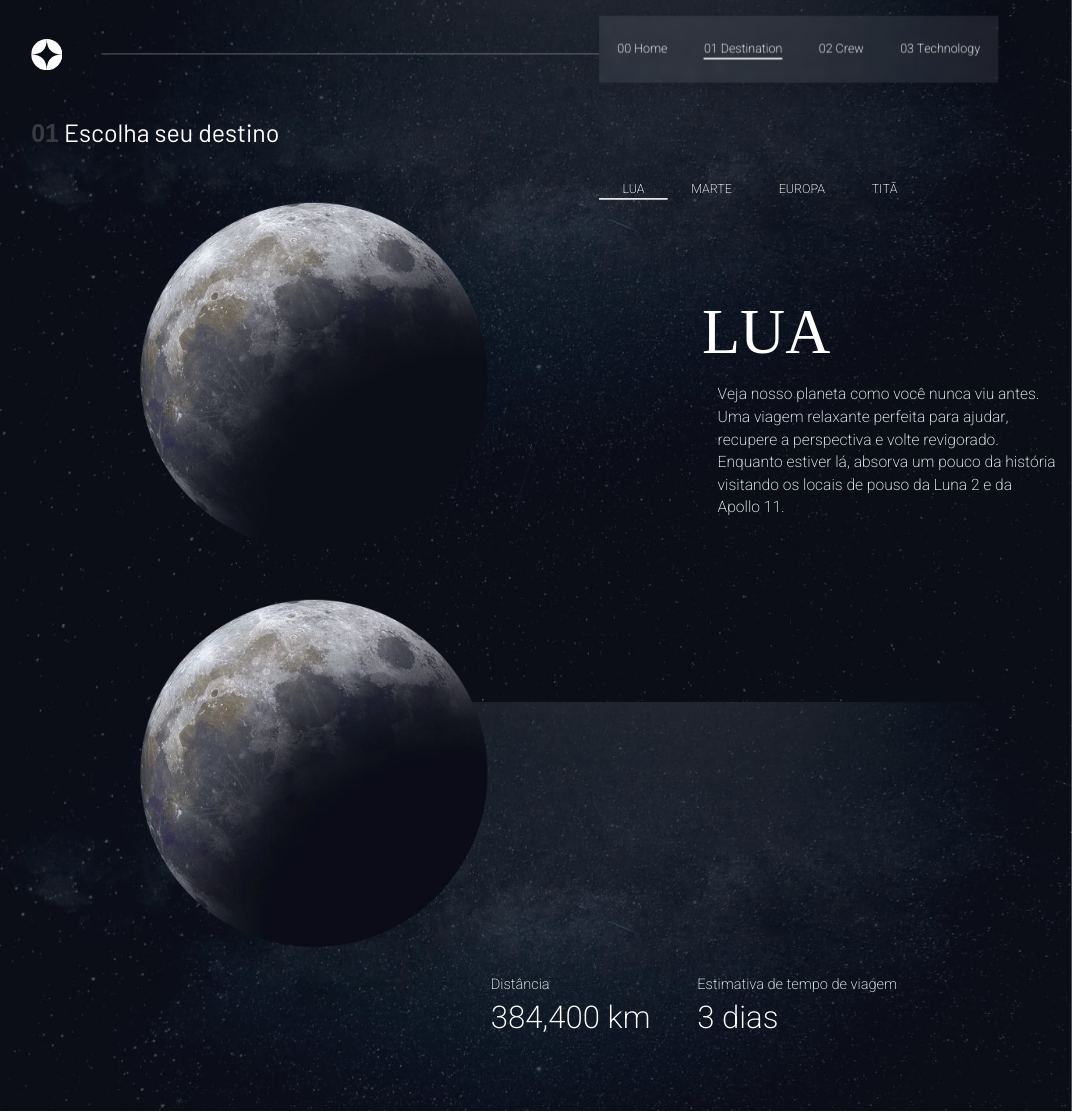
Repository: Leonngc/space-site
Page: space-tourism-website-main/space-tourism-website-main/starter-code/destination-moon.html
These files come from the project's save history. The page is drawn as it stood at one moment and after a run of saves; the edit follows.
The browser window is 1280 px wide. The page is 1374 px wide, so the pictures cover 1374 px, including what lies to the right of the window. The pictures show the whole page, at 78% of full size.

Above is the page before, as saved 2023-04-30 01:29:33.

After the next 5 saves:
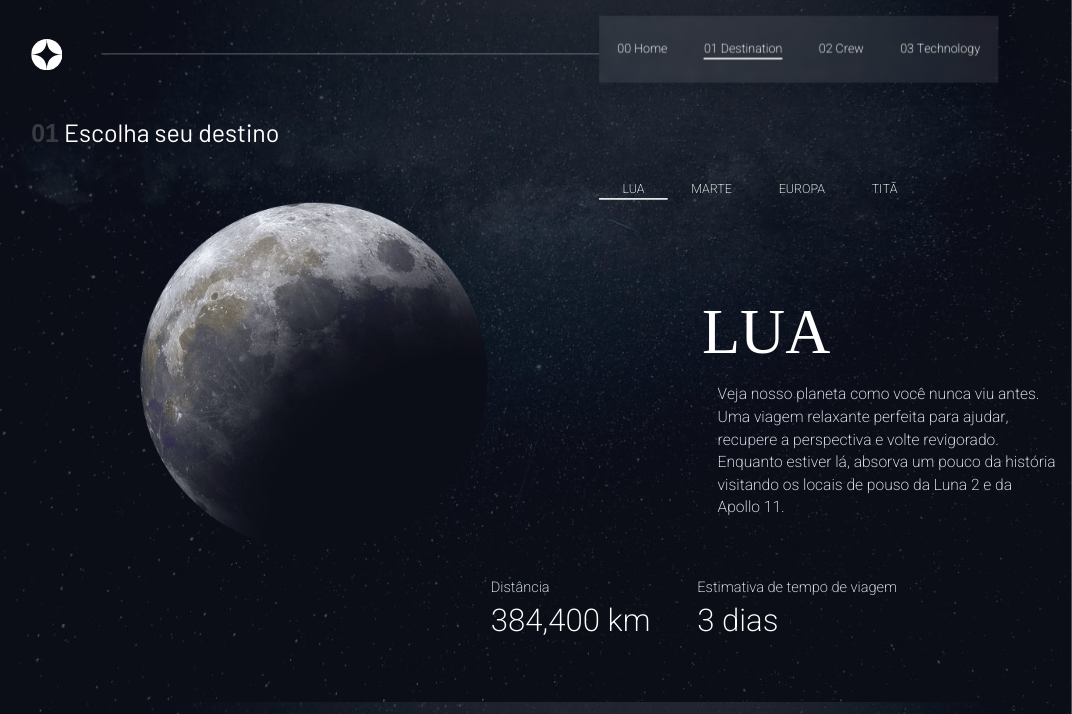
The 5 saves are shown as one change because they came seconds apart.
The last was saved 23 s later.
--- a/space-tourism-website-main/space-tourism-website-main/starter-code/destination-moon.html
+++ b/space-tourism-website-main/space-tourism-website-main/starter-code/destination-moon.html
@@ -41,9 +41,7 @@
     </ul>
 
     <div class="destination-container">
-      <img src="assets/destination/image-moon.png" alt="" class="img-desktop">
-      <img src="assets/destination/image-moon.webp" alt="" class="image-mobile">
-
+      <img src="assets/destination/image-moon.png" alt="">
       <div class="destination-info">
         <h2>Lua</h2>
         <p>
